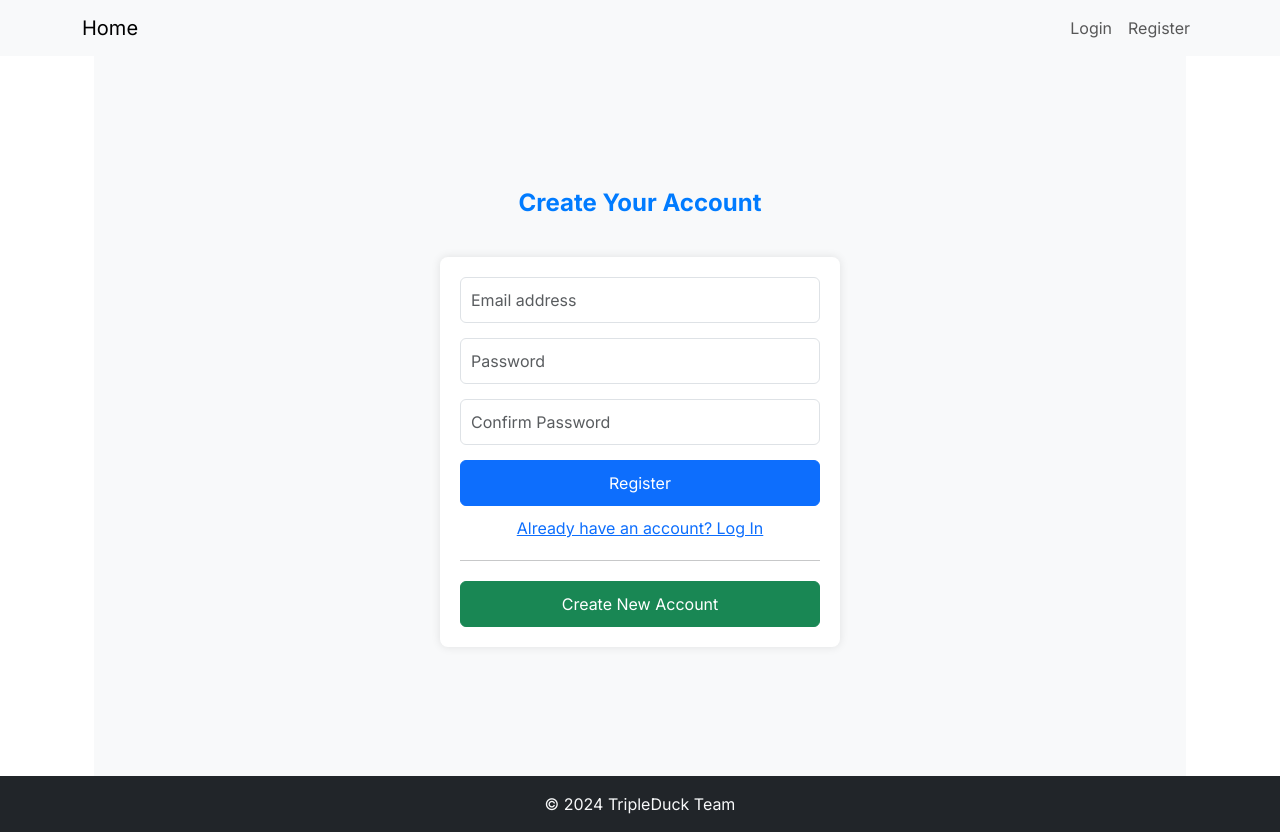
Repository: tdphong1293/KHDL01_DemoWebKafka
Page: /auth/register (app in Frontend_Client/)
An editor plug-in stored every save of this project. The page is shown before and after the next save, followed by the edit.
The browser window is 1280 px wide. The pictures show the whole page.
The project was rebuilt for these pictures with package versions that can differ from the ones it lists, and the page was loaded fresh each time. The framework's server and built-in components were replaced by stand-ins that run in the browser. Also part of the build but not shown: Frontend_Client/next.config.mjs.

Above is the page before, as saved 2024-07-23 23:37:07.

### Frontend_Client/src/app/layout.tsx
import type { Metadata } from "next";
import { Inter } from "next/font/google";
import 'bootstrap/dist/css/bootstrap.min.css';
import Header from "@/components/header";
import Footer from "@/components/footer";
import { Container } from "react-bootstrap";
import { ToastContainer } from 'react-toastify';
import 'react-toastify/dist/ReactToastify.css';

const inter = Inter({ subsets: ["latin"] });

export const metadata: Metadata = {
    title: "Create Next App",
    description: "Generated by create next app",
};

export default function RootLayout({
    children,
}: Readonly<{
    children: React.ReactNode;
}>) {
    return (
        <html lang="en">
            <head>
                <meta charSet="UTF-8" />
                <meta name="viewport" content="width=device-width, initial-scale=1.0" />
            </head>
            <body className={inter.className}>
                <Header />
                <Container>
                    {children}
                </Container>
                <Footer />
                <ToastContainer />
            </body>
        </html>
    );
}

### Frontend_Client/src/app/auth/layout.tsx
'use client';

import { Inter } from "next/font/google";
import 'bootstrap/dist/css/bootstrap.min.css';
import { Container } from "react-bootstrap";
import { ToastContainer } from 'react-toastify';
import 'react-toastify/dist/ReactToastify.css';

const inter = Inter({ subsets: ["latin"] });

export default function AuthLayout({
    children,
}: Readonly<{
    children: React.ReactNode;
}>) {
    console.log("AuthLayout rendered");
    return (
        <Container className={inter.className}>
            {children}
            <ToastContainer />
        </Container>
    );
}

### Frontend_Client/src/app/auth/register/page.tsx
'use client';

import { FC } from 'react';
import { Form, Button } from 'react-bootstrap';
import styles from '../../../styles/page.module.css';
import Link from 'next/link';

const Register: FC = () => {
  const handleSubmit = (event: React.FormEvent<HTMLFormElement>) => {
    event.preventDefault();
    // Xử lý logic đăng ký ở đây
  };

  return (
    <div className={styles.loginContainer}>
      <div className={styles.topPanel}>
        <p className={`${styles.description} ${styles.brand}`}>Create Your Account</p>
      </div>
      <div className={styles.bottomPanel}>
        <Form onSubmit={handleSubmit} className={styles.loginForm}>
          <Form.Group controlId="formBasicEmail" className={styles.formGroup}>
            <Form.Control type="email" placeholder="Email address" required className={styles.input} />
          </Form.Group>

          <Form.Group controlId="formBasicPassword" className={styles.formGroup}>
            <Form.Control type="password" placeholder="Password" required className={styles.input} />
          </Form.Group>

          <Form.Group controlId="formConfirmPassword" className={styles.formGroup}>
            <Form.Control type="password" placeholder="Confirm Password" required className={styles.input} />
          </Form.Group>

          <Button variant="primary" type="submit" className={styles.loginButton}>
            Register
          </Button>

          <div className={styles.forgotPassword}>
            <Link href="/auth/login">
                <p>Already have an account? Log In</p>
            </Link>
          </div>

          <hr className={styles.separator} />

          <Button variant="success" className={styles.createAccountButton}>
            Create New Account
          </Button>
        </Form>
      </div>
    </div>
  );
};

export default Register;

### Frontend_Client/src/components/header.tsx
'use client'

import Container from 'react-bootstrap/Container';
import Nav from 'react-bootstrap/Nav';
import Navbar from 'react-bootstrap/Navbar';
import Link from "next/link";

function Header() {
    return (
        <Navbar expand="lg" className="bg-body-tertiary">
            <Container>
                <Navbar.Brand>
                    <Link href={"/"} className="navbar-brand">Home</Link>
                </Navbar.Brand>
                <Navbar.Toggle aria-controls="basic-navbar-nav" />
                <Navbar.Collapse id="basic-navbar-nav">
                    <Nav className="me-auto">
                        {/* Các liên kết khác nếu có */}
                    </Nav>
                    <Nav className="ms-auto"> {/* Đặt các liên kết ở góc phải */}
                        <Nav.Item>
                            <Link href={"/auth/login"} className="nav-link">Login</Link>
                        </Nav.Item>
                        <Nav.Item>
                            <Link href={"/auth/register"} className="nav-link">Register</Link>
                        </Nav.Item>
                    </Nav>
                </Navbar.Collapse>
            </Container>
        </Navbar>
    );
}

export default Header;

### Frontend_Client/src/components/footer.tsx
'use client'
export default function Footer() {
    return (
        <footer className="bg-dark text-light py-3" style={{ display: 'flex', alignItems: 'center', justifyContent: 'center' }}>
            &copy; 2024 TripleDuck Team
        </footer>
    );
};

### Frontend_Client/src/styles/page.module.css
.main {
  display: flex;
  flex-direction: column;
  justify-content: space-between;
  align-items: center;
  padding: 6rem;
  min-height: 100vh;
}

.description {
  display: inherit;
  justify-content: inherit;
  align-items: inherit;
  font-size: 0.85rem;
  max-width: var(--max-width);
  width: 100%;
  z-index: 2;
  font-family: var(--font-mono);
}

.description a {
  display: flex;
  justify-content: center;
  align-items: center;
  gap: 0.5rem;
}

.description p {
  position: relative;
  margin: 0;
  padding: 1rem;
  background-color: rgba(var(--callout-rgb), 0.5);
  border: 1px solid rgba(var(--callout-border-rgb), 0.3);
  border-radius: var(--border-radius);
}

.code {
  font-weight: 700;
  font-family: var(--font-mono);
}

.grid {
  display: grid;
  grid-template-columns: repeat(4, minmax(25%, auto));
  max-width: 100%;
  width: var(--max-width);
}

.card {
  padding: 1rem 1.2rem;
  border-radius: var(--border-radius);
  background: rgba(var(--card-rgb), 0);
  border: 1px solid rgba(var(--card-border-rgb), 0);
  transition: background 200ms, border 200ms;
}

.card span {
  display: inline-block;
  transition: transform 200ms;
}

.card h2 {
  font-weight: 600;
  margin-bottom: 0.7rem;
}

.card p {
  margin: 0;
  opacity: 0.6;
  font-size: 0.9rem;
  line-height: 1.5;
  max-width: 30ch;
  text-wrap: balance;
}

.center {
  display: flex;
  justify-content: center;
  align-items: center;
  position: relative;
  padding: 4rem 0;
}

.center::before {
  background: var(--secondary-glow);
  border-radius: 50%;
  width: 480px;
  height: 360px;
  margin-left: -400px;
}

.center::after {
  background: var(--primary-glow);
  width: 240px;
  height: 180px;
  z-index: -1;
}

.center::before,
.center::after {
  content: "";
  left: 50%;
  position: absolute;
  filter: blur(45px);
  transform: translateZ(0);
}

.logo {
  position: relative;
}
/* Enable hover only on non-touch devices */
@media (hover: hover) and (pointer: fine) {
  .card:hover {
    background: rgba(var(--card-rgb), 0.1);
    border: 1px solid rgba(var(--card-border-rgb), 0.15);
  }

  .card:hover span {
    transform: translateX(4px);
  }
}

@media (prefers-reduced-motion) {
  .card:hover span {
    transform: none;
  }
}

/* Mobile */
@media (max-width: 700px) {
  .content {
    padding: 4rem;
  }

  .grid {
    grid-template-columns: 1fr;
    margin-bottom: 120px;
    max-width: 320px;
    text-align: center;
  }

  .card {
    padding: 1rem 2.5rem;
  }

  .card h2 {
    margin-bottom: 0.5rem;
  }

  .center {
    padding: 8rem 0 6rem;
  }

  .center::before {
    transform: none;
    height: 300px;
  }

  .description {
    font-size: 0.8rem;
  }

  .description a {
    padding: 1rem;
  }

  .description p,
  .description div {
    display: flex;
    justify-content: center;
    position: fixed;
    width: 100%;
  }

  .description p {
    align-items: center;
    inset: 0 0 auto;
    padding: 2rem 1rem 1.4rem;
    border-radius: 0;
    border: none;
    border-bottom: 1px solid rgba(var(--callout-border-rgb), 0.25);
    background: linear-gradient(
      to bottom,
      rgba(var(--background-start-rgb), 1),
      rgba(var(--callout-rgb), 0.5)
    );
    background-clip: padding-box;
    backdrop-filter: blur(24px);
  }

  .description div {
    align-items: flex-end;
    pointer-events: none;
    inset: auto 0 0;
    padding: 2rem;
    height: 200px;
    background: linear-gradient(
      to bottom,
      transparent 0%,
      rgb(var(--background-end-rgb)) 40%
    );
    z-index: 1;
  }
}

/* Tablet and Smaller Desktop */
@media (min-width: 701px) and (max-width: 1120px) {
  .grid {
    grid-template-columns: repeat(2, 50%);
  }
}

@media (prefers-color-scheme: dark) {
  .vercelLogo {
    filter: invert(1);
  }

  .logo {
    filter: invert(1) drop-shadow(0 0 0.3rem #ffffff70);
  }
}

@keyframes rotate {
  from {
    transform: rotate(360deg);
  }
  to {
    transform: rotate(0deg);
  }
}

/*Login*/
/* src/styles/page.module.css */
.loginContainer {
  display: flex;
  flex-direction: column;
  justify-content: center;
  align-items: center;
  height: 100vh;
  background-color: #f8f9fa;
}

.topPanel {
  margin-bottom: 20px;
  text-align: center;
}

.description {
  font-size: 24px;
  font-weight: bold;
}

.brand {
  color: #007bff;
}

.bottomPanel {
  width: 100%;
  max-width: 400px;
  padding: 20px;
  background-color: white;
  border-radius: 8px;
  box-shadow: 0 0 10px rgba(0, 0, 0, 0.1);
}

.loginForm {
  width: 100%;
}

.formGroup {
  margin-bottom: 15px;
}

.input {
  padding: 10px;
  font-size: 16px;
}

.loginButton {
  width: 100%;
  padding: 10px;
  font-size: 16px;
}

.forgotPassword {
  margin-top: 10px;
  text-align: center;
}

.separator {
  margin: 20px 0;
}

.createAccountButton {
  width: 100%;
  padding: 10px;
  font-size: 16px;
}

After the next save:
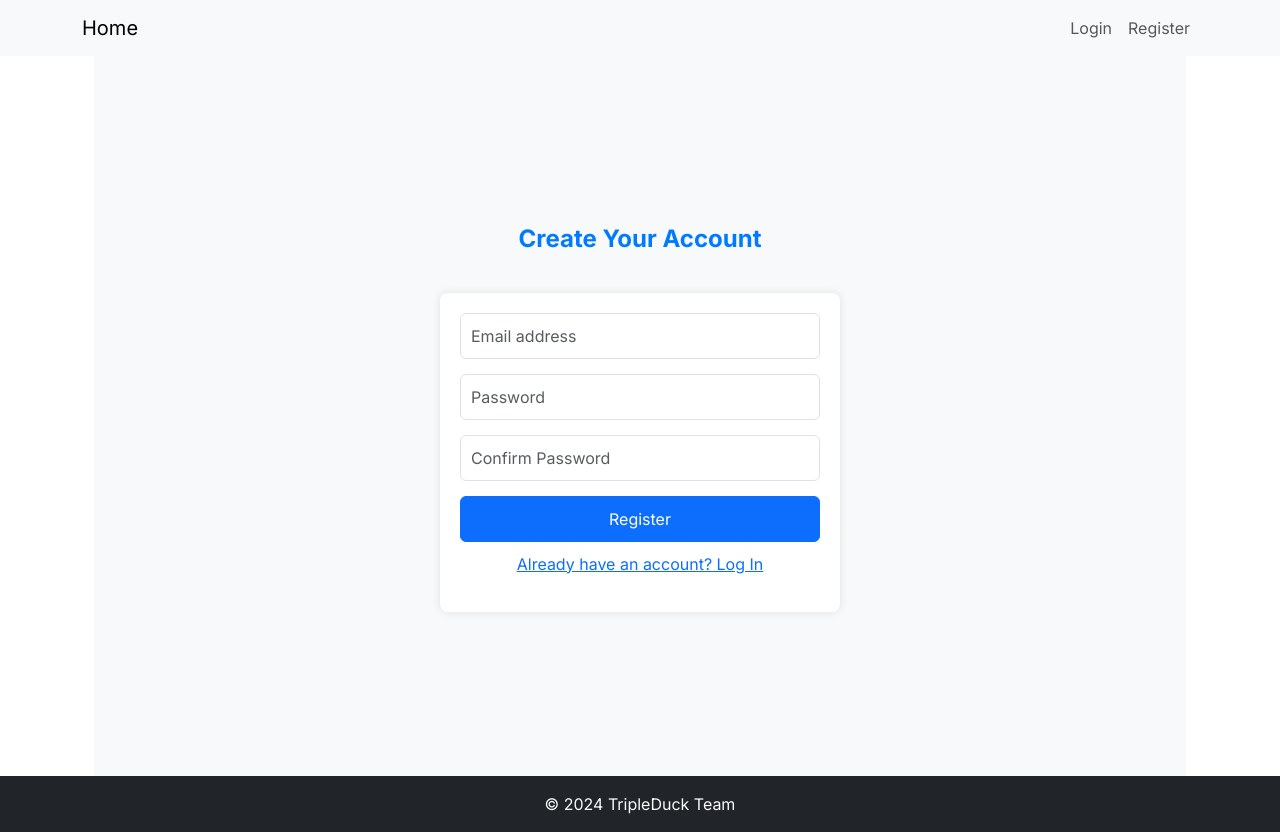
Saved 82 s later.
--- a/Frontend_Client/src/app/auth/register/page.tsx
+++ b/Frontend_Client/src/app/auth/register/page.tsx
@@ -40,11 +40,11 @@ const Register: FC = () => {
             </Link>
           </div>
 
-          <hr className={styles.separator} />
+          {/* <hr className={styles.separator} />
 
           <Button variant="success" className={styles.createAccountButton}>
             Create New Account
-          </Button>
+          </Button> */}
         </Form>
       </div>
     </div>
